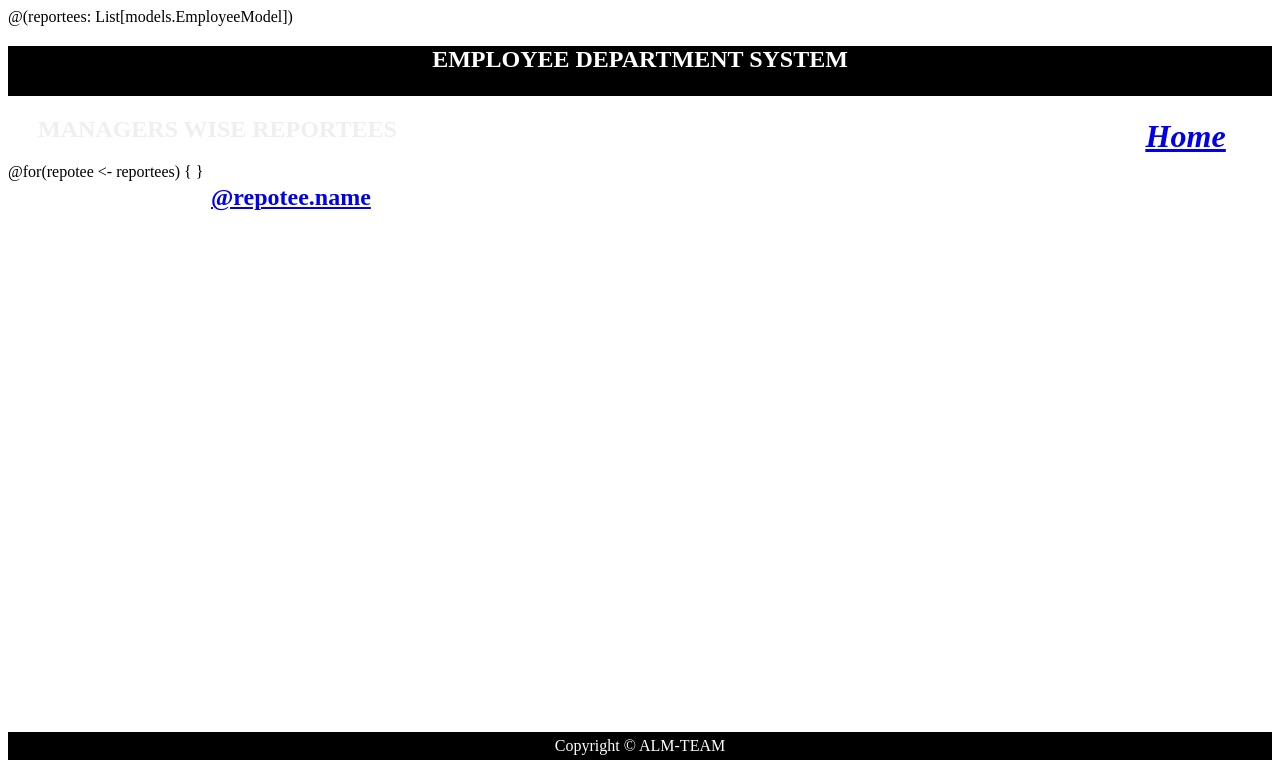
Repository: sumitkum200690/PLAY_SLICK
Page: Play_DB/app/views/manageWiseReportees.scala.html
An editor plug-in stored every save of this project. The page is shown before and after the next save, followed by the edit.
The browser window is 1280 px wide. The pictures show the whole page.

Above is the page before, as saved 2015-09-28 06:10:14.

After the next save:
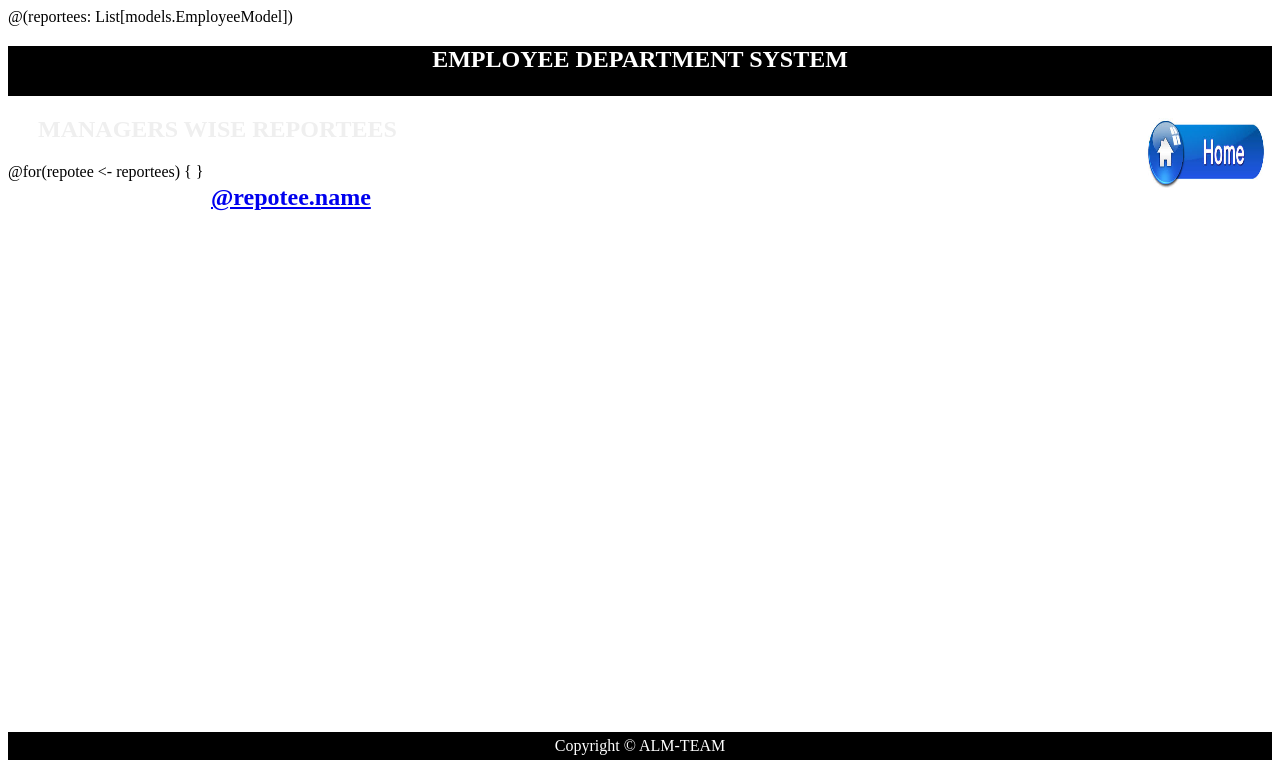
Saved 5 s later.
--- a/Play_DB/app/views/manageWiseReportees.scala.html
+++ b/Play_DB/app/views/manageWiseReportees.scala.html
@@ -128,7 +128,7 @@
 
 			</div>
 
-			<div id="home" style="float:left;"><a href="/"><h1><b><I><U>Home</U></I></b></h1></a></div>
+			<div id="home" style="float:left;"><a href="/"><h1><b><I><U><img src="/assets/images/home.jpg" alt="HOME" height="70" width="120" border="0"/></U></I></b></h1></a></div>
 
 		</div>
 
